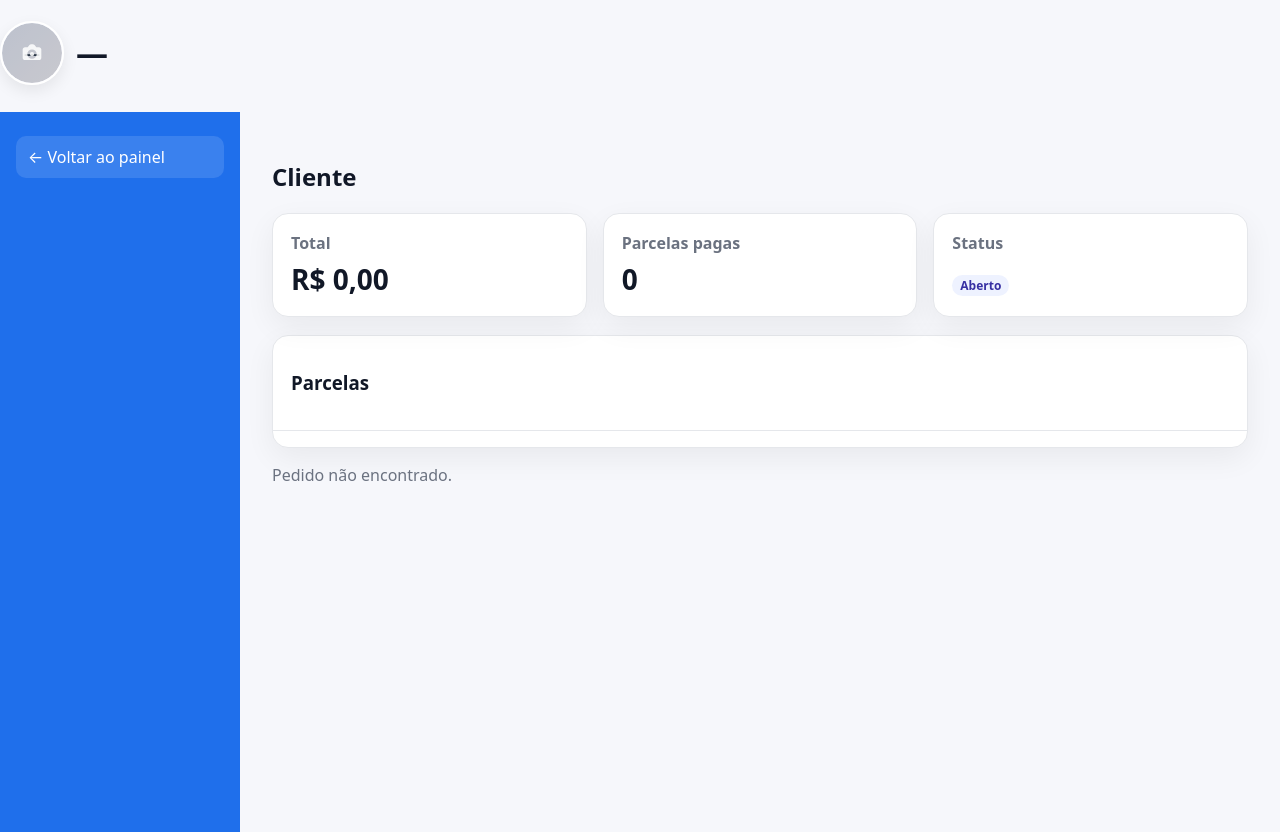
Repository: Rob-son-prog/NegocioSistema
Page: portal.html
The author's editor kept a copy of each file at every save. The page is drawn from the files as they stood at one save, then again after the next save.
The browser window is 1280 px wide. The pictures show the whole page.

Above is the page before, as saved 2025-08-27 10:19:47.

After the next save:
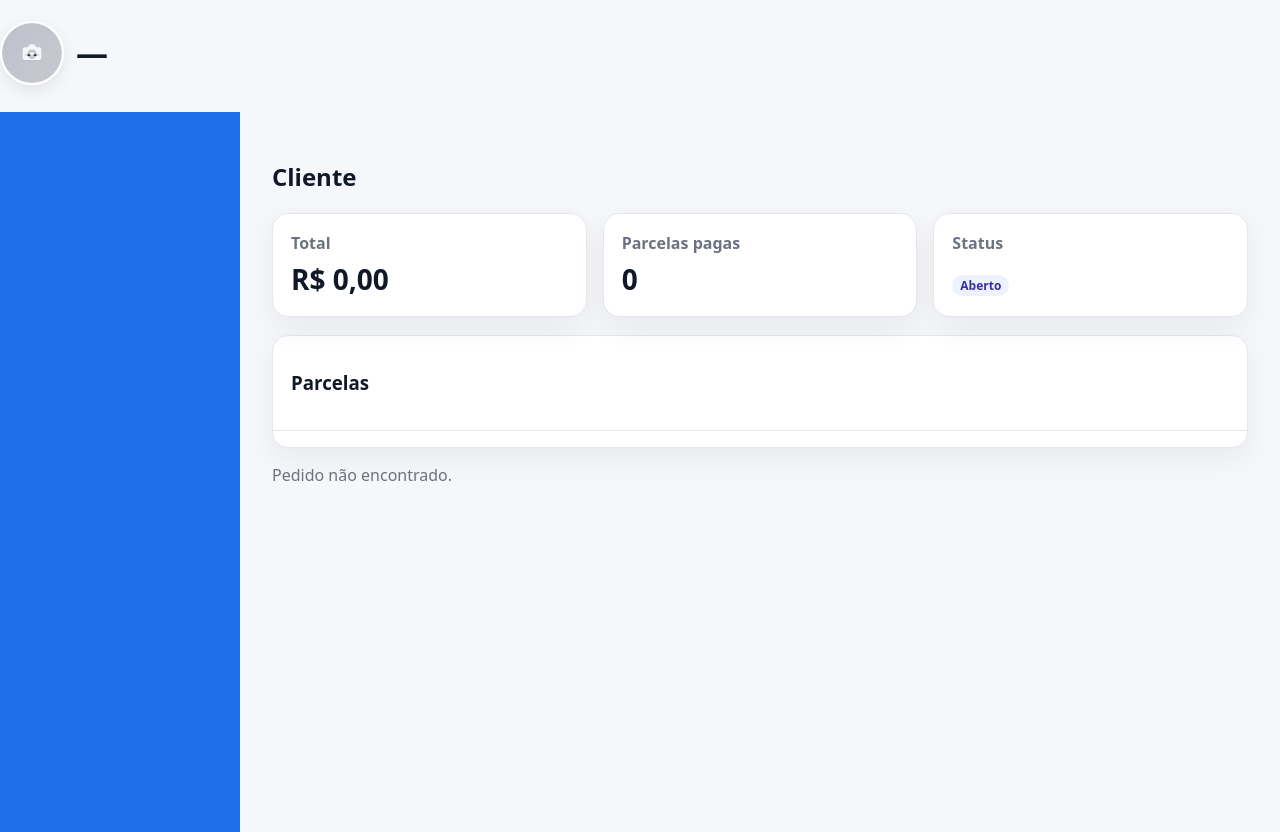
Saved 6 min 48 s later.
--- a/portal.html
+++ b/portal.html
@@ -71,6 +71,26 @@
 
   <script src="portal.js"></script>
 
+  <script>
+(function(){
+  const params   = new URLSearchParams(location.search);
+  const isAdmin  = ['id','cid','oid'].some(k => params.get(k));
+  const backBtn  = document.getElementById('btnVoltar');
+
+  // marca o modo no <body> (útil se quiser estilizar outras coisas por modo)
+  document.body.dataset.mode = isAdmin ? 'admin' : 'client';
+
+  // cliente: não exibe a opção "Voltar ao painel"
+  if (!isAdmin && backBtn){
+    backBtn.remove();                 // remove do DOM (não fica focável)
+    // alternativa: backBtn.style.display = 'none';
+  }
+
+  // admin: mantém o botão visível
+})();
+</script>
+
+
 
 </body>
 </html>
